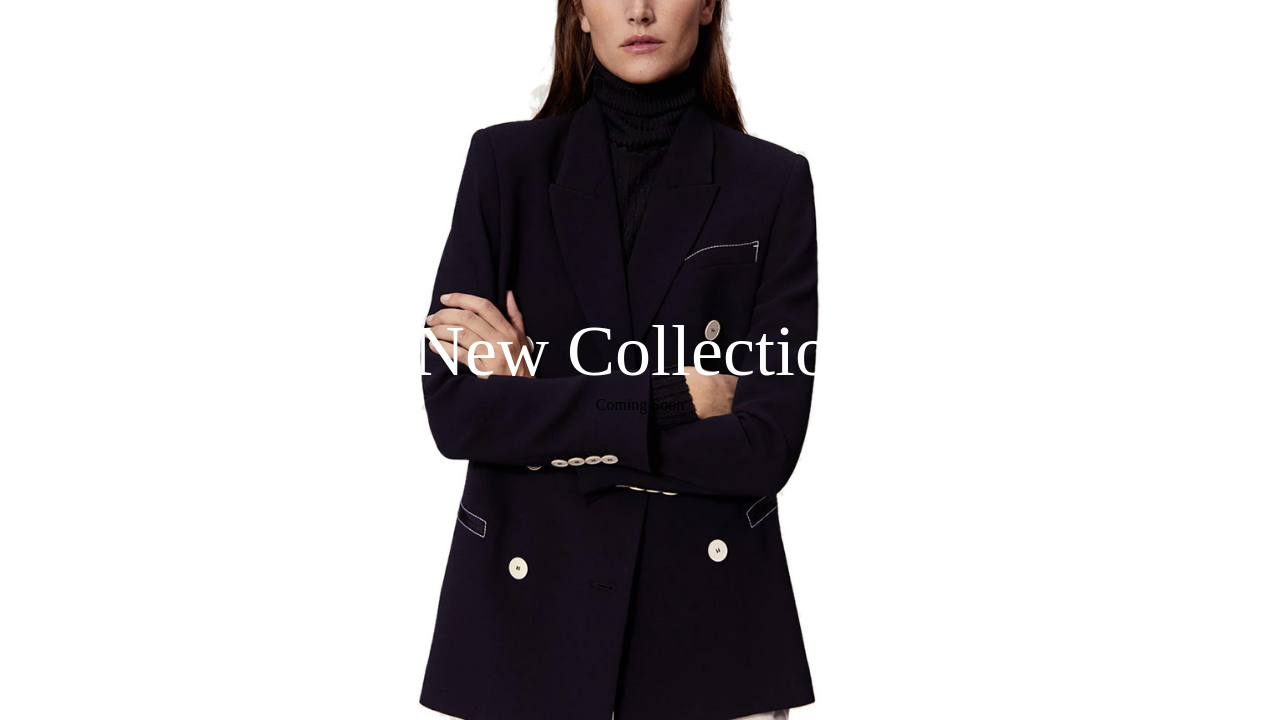
Repository: ST-United-Internship/Modaz-4life
Page: comingsoon&FAQ/coming-soon.html
The author's editor kept a copy of each file at every save. The page is drawn from the files as they stood at one save, then again after the next save.
The browser window is 1280 px wide. The pictures show the whole page.

Above is the page before, as saved 2023-03-21 14:29:22.

After the next save:
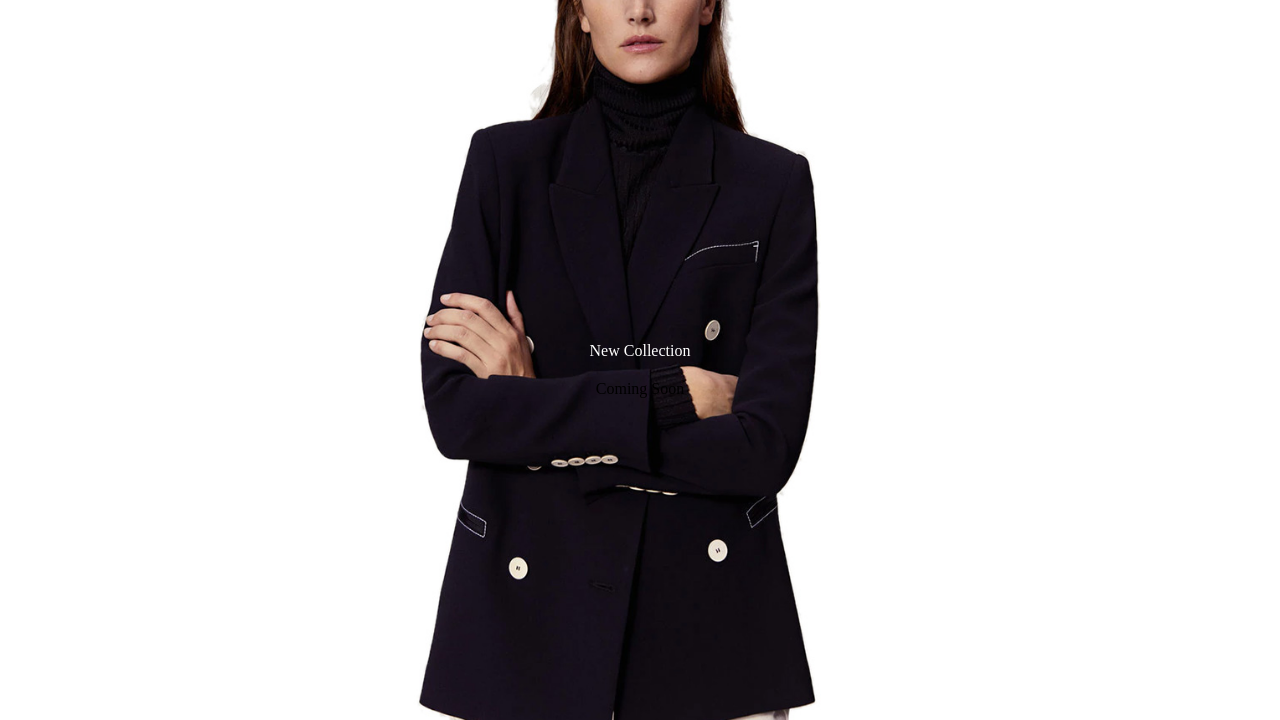
Saved 21 s later.
--- a/comingsoon&FAQ/css/layout.css
+++ b/comingsoon&FAQ/css/layout.css
@@ -63,7 +63,6 @@ body .container{
 
 .container header{
     color: white;
-    font-size: 72px;
-    line-height: 90px;
-    font-weight: 500;
+    line-height: 58px;
+    color: #fff;
 }
